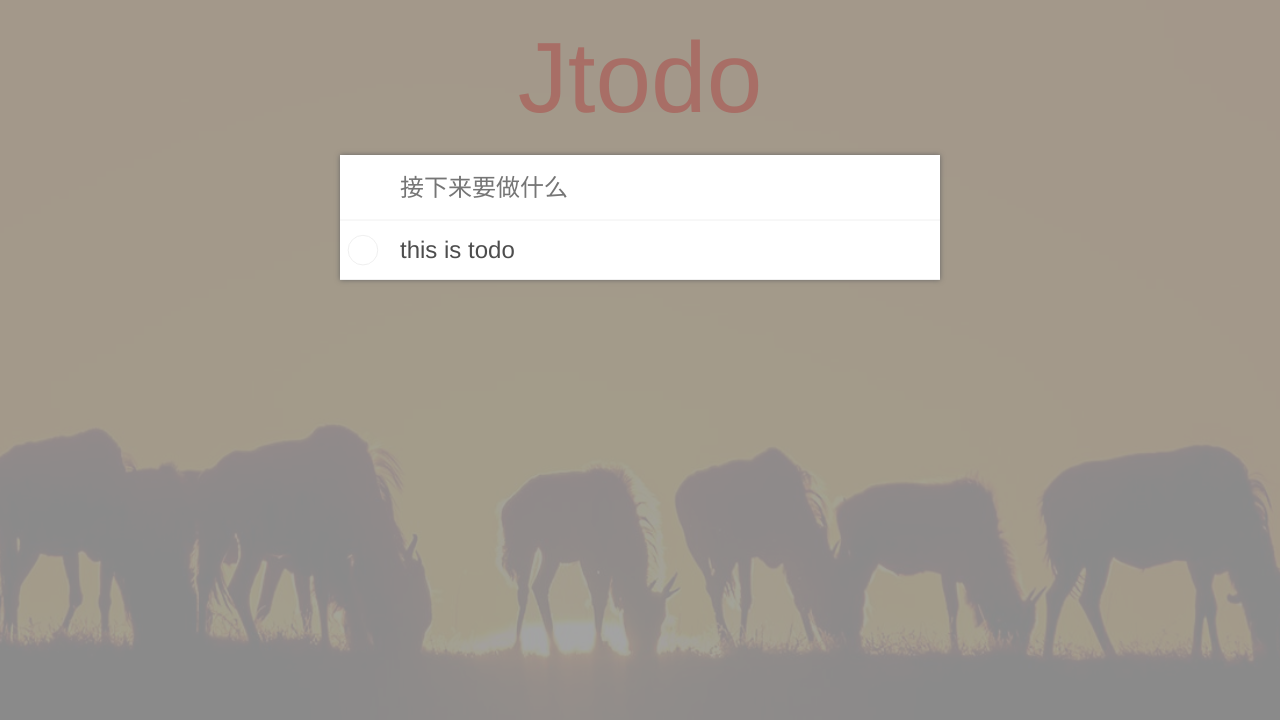
Repository: hyf20150801/webpack-study
Page: /
An editor plug-in stored every save of this project. The page is shown before and after the next save, followed by the edit.
The browser window is 1280 px wide. The pictures show the whole page.
The project was rebuilt for these pictures with package versions that can differ from the ones it lists, and the page was loaded fresh each time. Also part of the build but not shown: webpack.config.js, src/assets/styles/footer.styl, src/assets/styles/global.styl.

Above is the page before, as saved 2018-05-17 22:30:22.

After the next save:
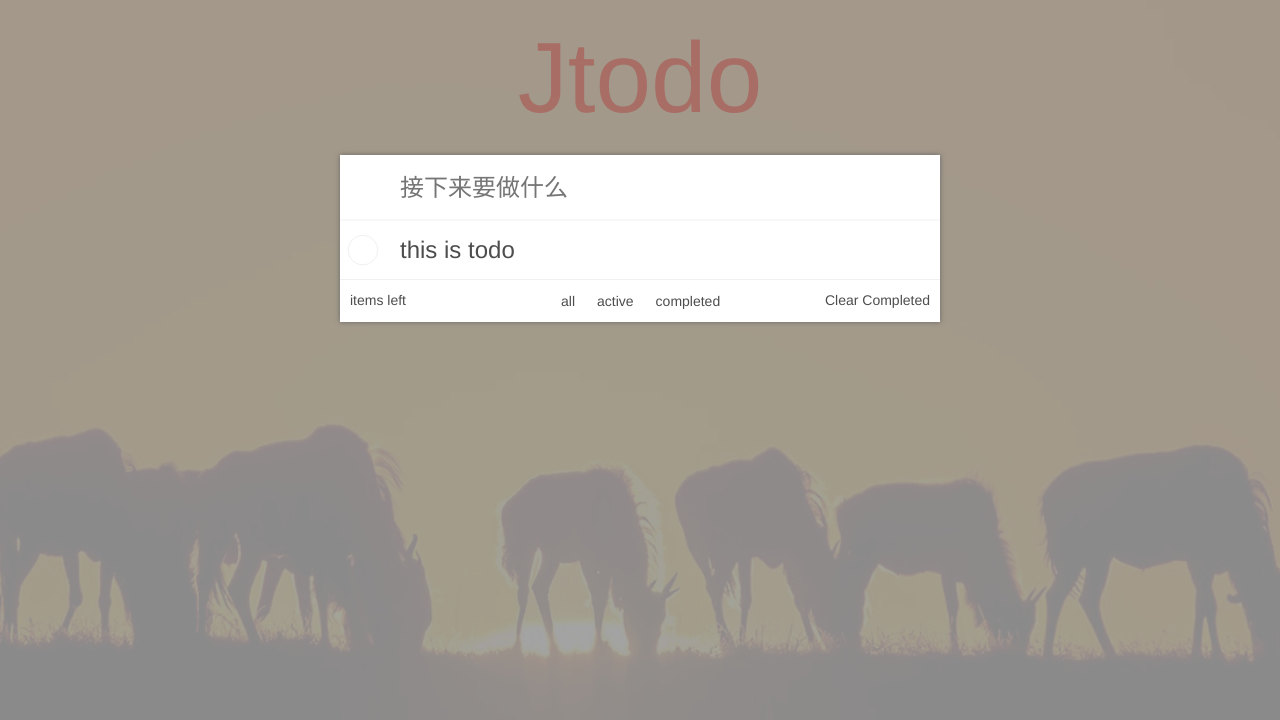
Saved 30 s later.
--- a/src/todo/todo.vue
+++ b/src/todo/todo.vue
@@ -4,6 +4,7 @@
     @keyup="addTodo"
     >
     <item :todo="todo"></item>
+    <tabs></tabs>
   </section>
 </template>
 
@@ -22,6 +23,7 @@ export default {
   },
   components:{
     Item,
+    Tabs
   },
   methods:{
     addTodo(){
